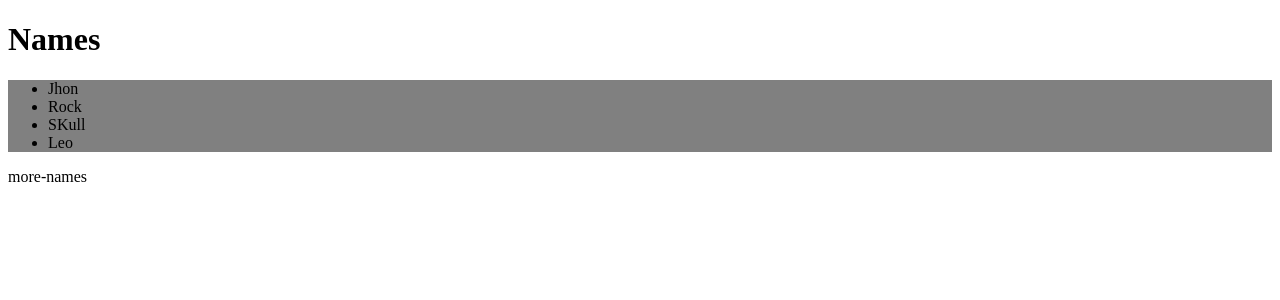
Repository: NithishKoriyar/phpprojectgh
Page: http://localhost/names.php
These files come from the project's save history. The page is drawn as it stood at one moment and after the next save; the edit follows.
The browser window is 1280 px wide. The pictures show the whole page.
The page is run by PHP 8.4 with error messages shown; the project is at /var/www/html/.

Above is the page before, as saved 2022-12-14 12:53:40.

### names.php
<?php
    $names = ['Jhon', 'Rock','SKull', 'Leo'];
?>
<!DOCTYPE html>
<html lang="en">
<head>
    <meta charset="UTF-8">
    <meta http-equiv="X-UA-Compatible" content="IE=edge">
    <meta name="viewport" content="width=device-width, initial-scale=1.0">
    <title>Document</title>
    <style>

        .more-names{
            background-color: grey;
        }
        .some-names{
            background-color: yellow;
        }


    </style>
</head>
<body class="">
    <h1>Names</h1>
    <ul class="<?= count($names) > 3 ? 'more-names' : 'some-names' ?>">
        <?php foreach($names as $name) { ?>

          <li><?= $name ?></li>
        <?php } ?>
    </ul>
    <?php
    if($name > 3){
        $class = "more-names";
        echo $class;
        }else{
        $class = "some-names";
        echo $class;
        }
?>

</body>
</html>

After the next save:
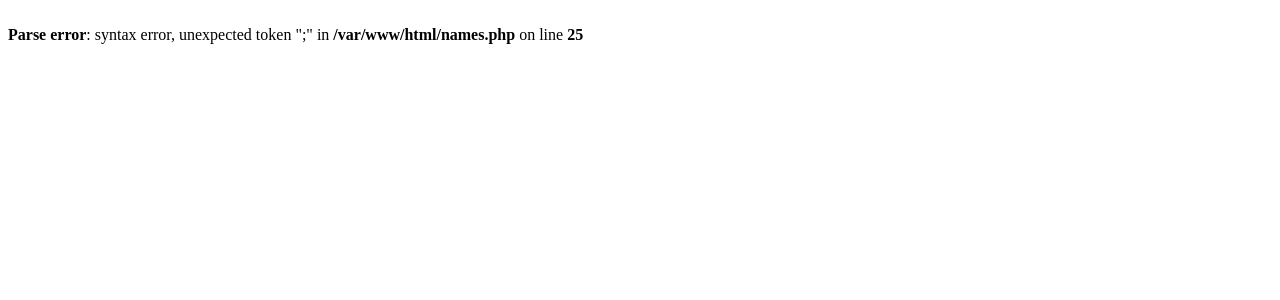
Saved 5 s later.
--- a/names.php
+++ b/names.php
@@ -22,7 +22,7 @@
 </head>
 <body class="">
     <h1>Names</h1>
-    <ul class="<?= count($names) > 3 ? 'more-names' : 'some-names' ?>">
+    <ul class="<?= //count($names) > 3 ? 'more-names' : 'some-names' ?>">
         <?php foreach($names as $name) { ?>
 
           <li><?= $name ?></li>
